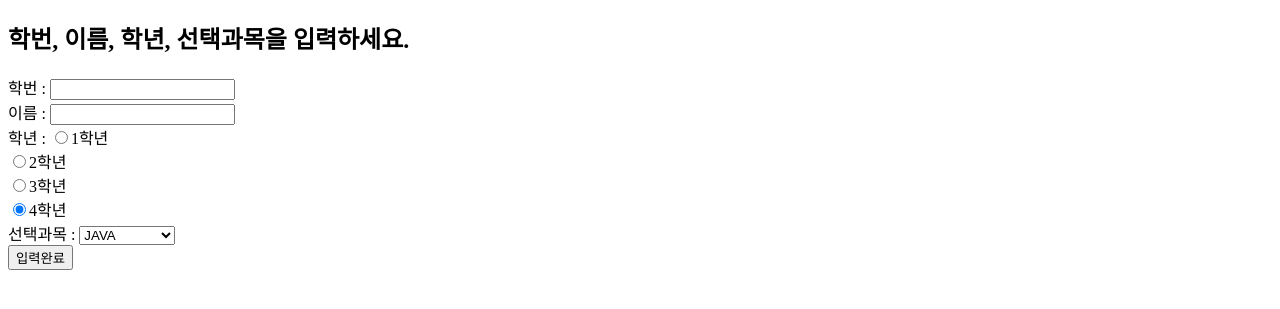
Repository: dongkeyyyy/java
Page: http://localhost/script0318/requestFrom.jsp
These files come from the project's save history. The page is drawn as it stood at one moment and after the next save; the edit follows.
The browser window is 1280 px wide. The pictures show the whole page.
The page is served by Tomcat 9.

Above is the page before, as saved 2021-03-18 05:40:14.

After the next save:
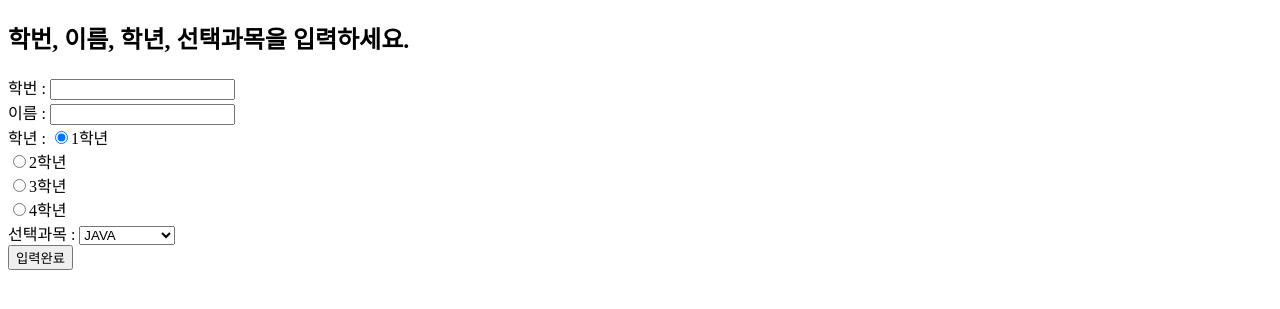
Saved 23 s later.
--- a/0318~0319/Java/script0318/WebContent/requestFrom.jsp
+++ b/0318~0319/Java/script0318/WebContent/requestFrom.jsp
@@ -13,9 +13,9 @@
 	이름 : <input type="text" name="name"><br>
 	학년 :
 		<input type="radio" name="grade" value="1" checked>1학년<br>
-		<input type="radio" name="grade" value="2" checked>2학년<br>
-		<input type="radio" name="grade" value="3" checked>3학년<br>
-		<input type="radio" name="grade" value="4" checked>4학년<br>
+		<input type="radio" name="grade" value="2" >2학년<br>
+		<input type="radio" name="grade" value="3" >3학년<br>
+		<input type="radio" name="grade" value="4" >4학년<br>
 	선택과목 :
 		<select name="subject">
 			<option value="JAVA">JAVA</option>
